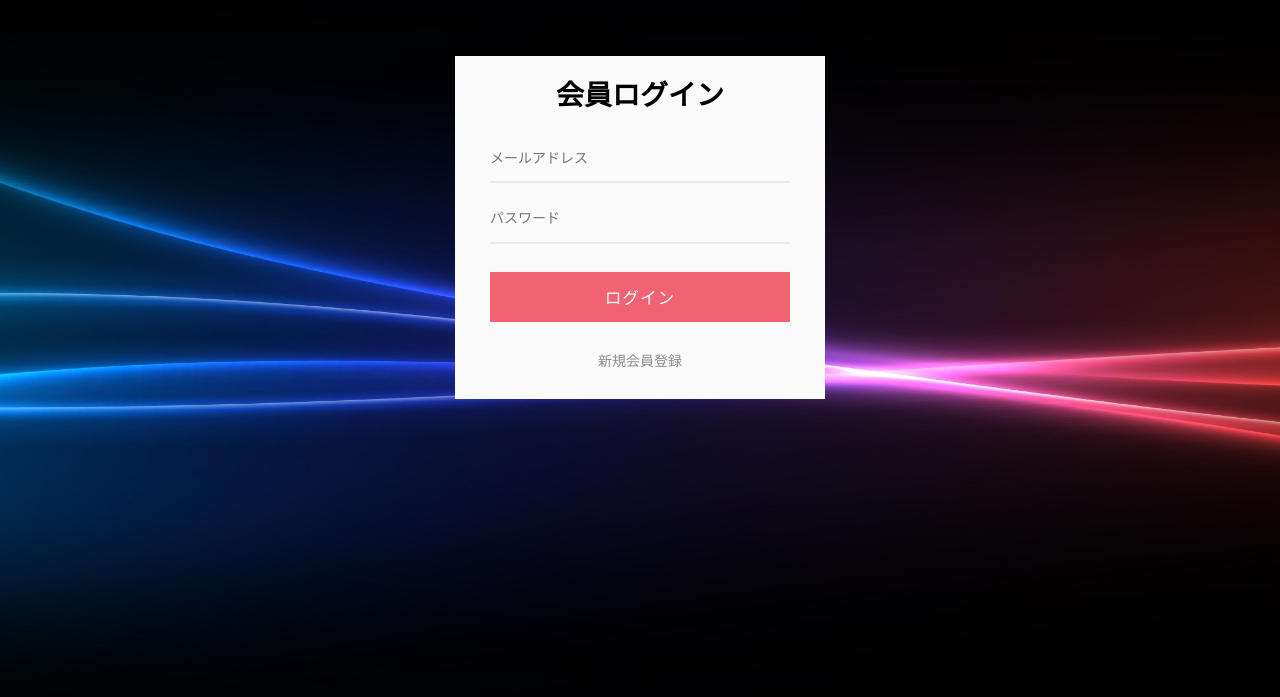
Repository: kawaguchi-mizuki/ntmc
Page: http://localhost/movie/login
These files come from the project's save history. The page is drawn as it stood at one moment and after the next save; the edit follows.
The browser window is 1280 px wide. The pictures show the whole page.
The page is served by Tomcat 9.

Above is the page before, as saved 2019-07-02 05:04:01.

After the next save:
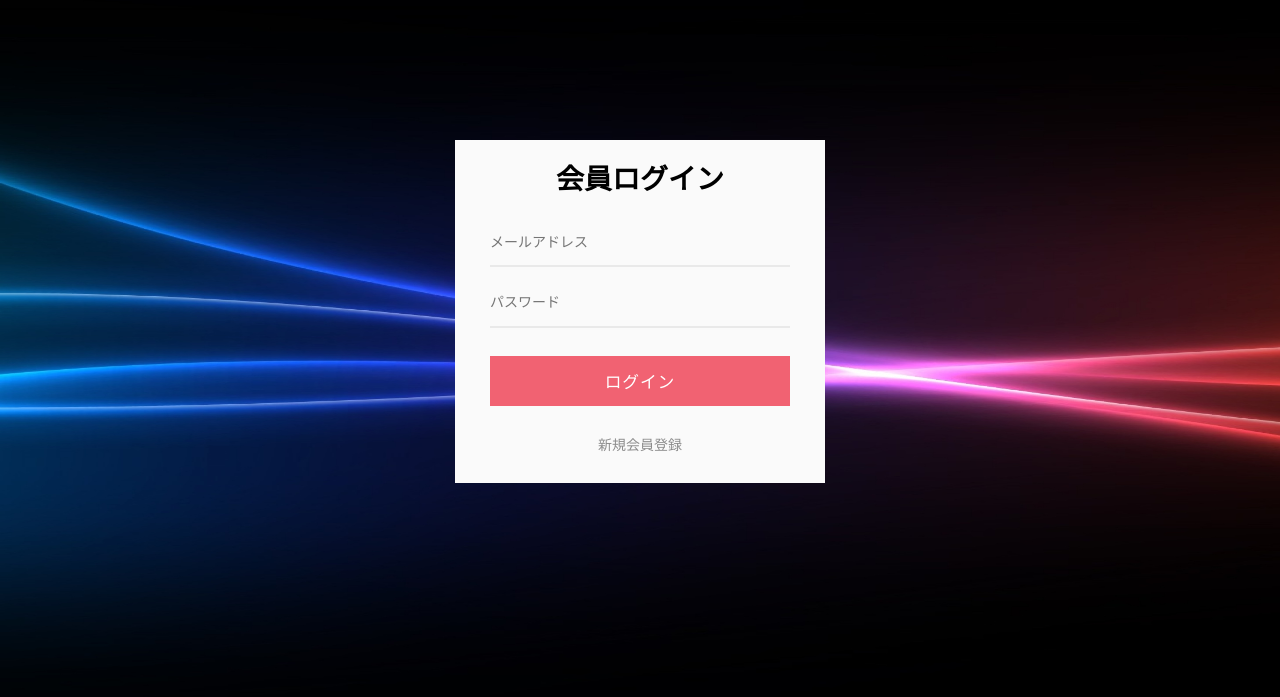
Saved 9 s later.
--- a/開発/movie/movie/WebContent/css/user_login.css
+++ b/開発/movie/movie/WebContent/css/user_login.css
@@ -18,7 +18,7 @@ body {
 /* Form Layout */
 .form-wrapper {
   background: #fafafa;
-  margin: 4em auto;
+  margin: 10em auto;
   padding: 0 1em;
   max-width: 370px;
 }
